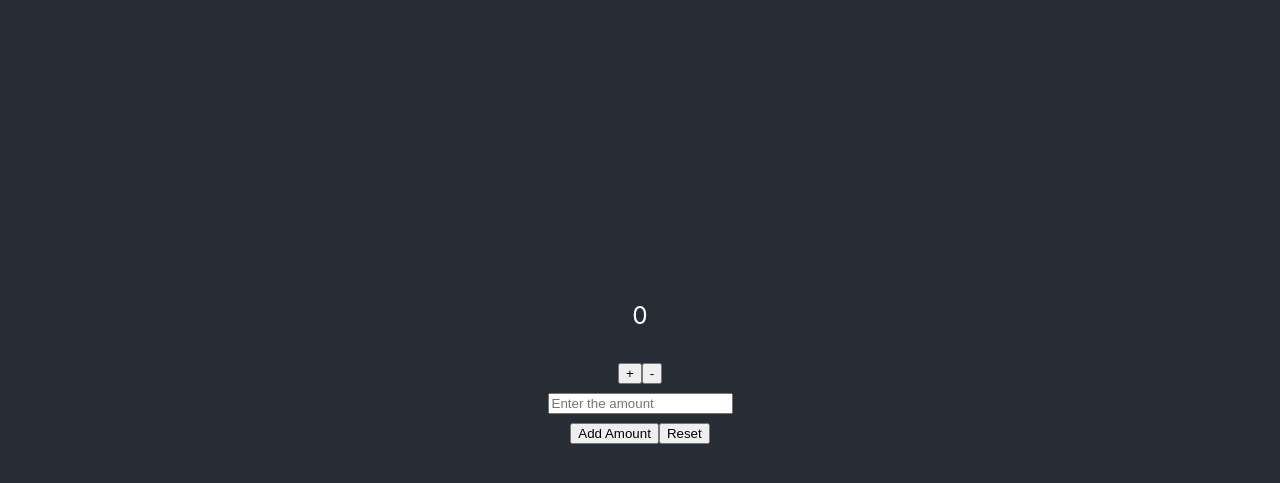
Repository: mahsa199170/React-Redux-Projects
Page: / (app in counter-app-redux-toolkit/)
The author's editor kept a copy of each file at every save. The page is drawn from the files as they stood at one save, then again after the next save.
The browser window is 1280 px wide. The pictures show the whole page.
The project was rebuilt for these pictures with package versions that can differ from the ones it lists, and the page was loaded fresh each time.

Above is the page before, as saved 2024-10-28 14:52:42.

After the next save:
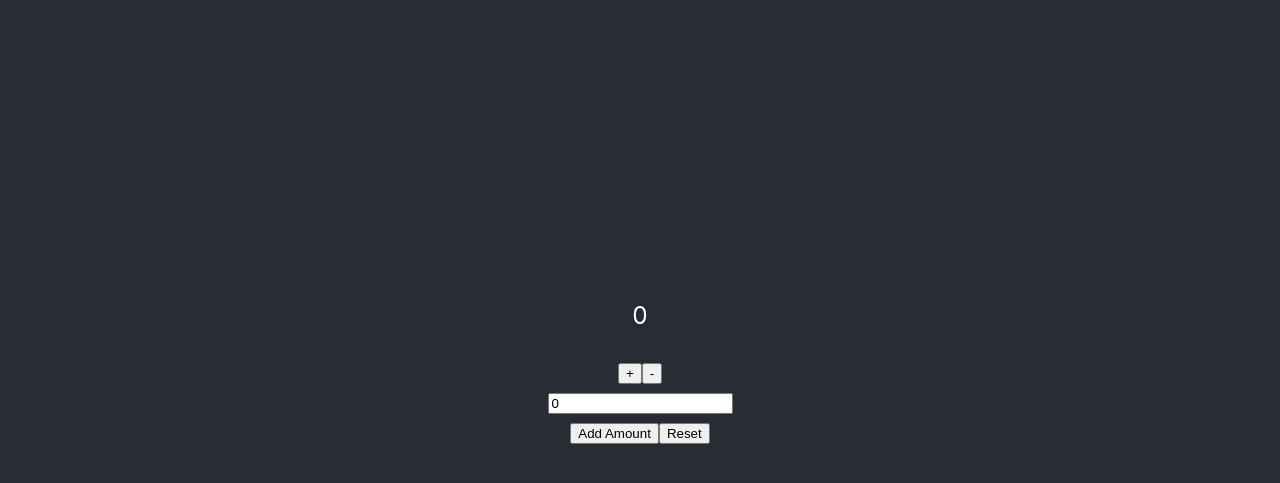
Saved 8 min 11 s later.
--- a/counter-app-redux-toolkit/src/components/counter/Counter.js
+++ b/counter-app-redux-toolkit/src/components/counter/Counter.js
@@ -9,7 +9,7 @@ import {
 } from '../../slice/counterSlice';
 
 const Counter = () => {
-  const [inputValue, setInputValue] = useState('');
+  const [inputValue, setInputValue] = useState(0);
   const number = useSelector(countSelector);
 
   const dispatch = useDispatch();
